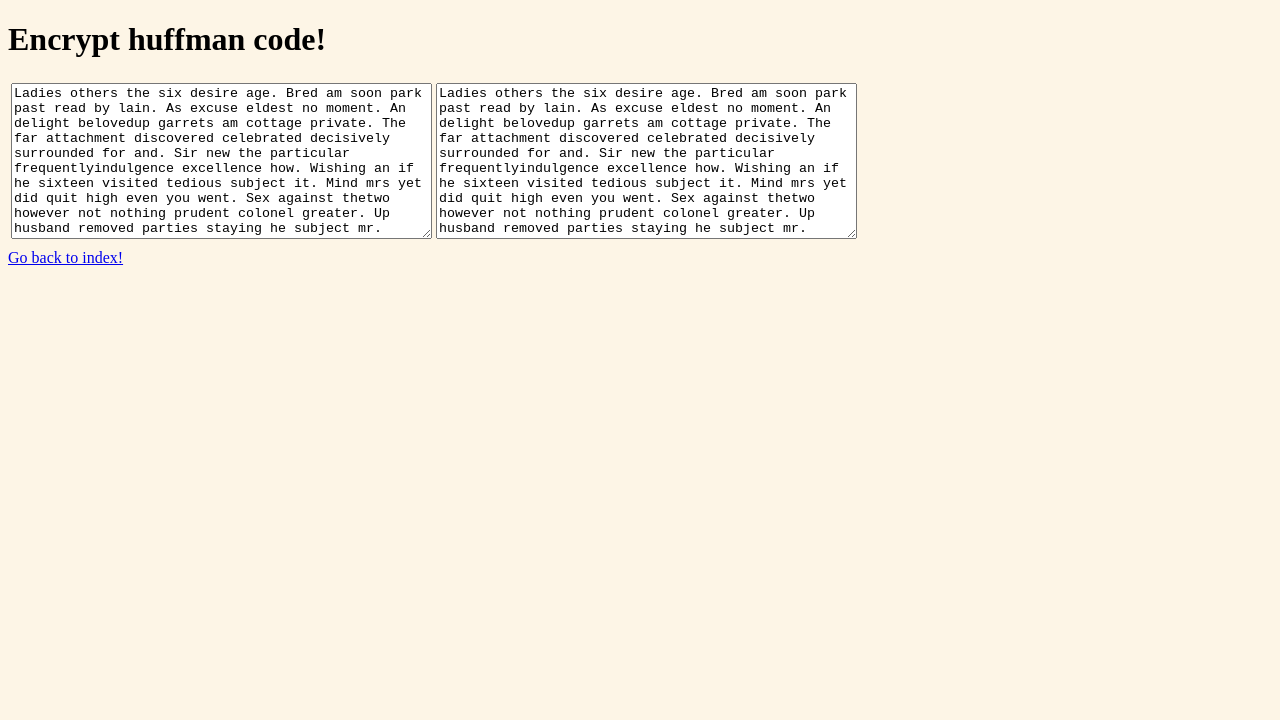
Repository: derekpwwong/jee-workspace
Page: http://localhost/WebServlet/ServletEncryptHuffmanCode
An editor plug-in stored every save of this project. The page is shown before and after the next save, followed by the edit.
The browser window is 1280 px wide. The pictures show the whole page.
The page is served by Tomcat 9. Other server files are loaded and not shown.

Above is the page before, as saved 2016-10-29 17:49:29.

### workspace/workspace/WebServlet/src/servletEncryptHuffmanCode/ServletEncryptHuffmanCode.java
package servletEncryptHuffmanCode;

import java.io.*;

import javax.servlet.*;
import javax.servlet.annotation.*;
import javax.servlet.http.*;

import encryptHuffmanCode.EncryptHuffmanCode;



@WebServlet("/ServletEncryptHuffmanCode")
public class ServletEncryptHuffmanCode extends HttpServlet{
	@Override
	public void doGet(HttpServletRequest request,
			HttpServletResponse response)
	throws ServletException, IOException {
		response.setContentType("text/html");
		PrintWriter out = response.getWriter();
		out.println("<!DOCTYPE htmL>\n <html>\n" +
				"<head><title>ServletEncryptHuffmanCode</title>" +
				"<link rel=\"stylesheet\" type=\"text/css\" href=\"css/style.css\">"+
				"</head> \n <body bgcolor=\"#fdf5e6\">\n" +
				"<h1>Encrypt huffman code!</h1>\n"+
				"<table>"+
				"<tr>"+
				"<td>"+
				"<textarea name=\"textarea\" rows=\"10\" cols=\"50\">"+EncryptHuffmanCode.originalString()+"</textarea>"+
				"</td>"+

				"<td>"+
				"<textarea name=\"textarea\" rows=\"10\" cols=\"50\">"+EncryptHuffmanCode.originalString()+"</textarea>"+
				"</td>"+
				"<tr>"
				+"</table>"
				+"<a href=\"index.html\">Go back to index!</a>"+
				"</body></html>");

	}
}

### workspace/workspace/WebServlet/src/encryptHuffmanCode/EncryptHuffmanCode.java
package encryptHuffmanCode;

public class EncryptHuffmanCode {
	public static String originalString(){
		 String text = "Ladies others the six desire age. Bred am soon park past read by lain. As excuse eldest no moment. An delight beloved"+
			      "up garrets am cottage private. The far attachment discovered celebrated decisively surrounded for and. Sir new the particular frequently"+
			      "indulgence excellence how. Wishing an if he sixteen visited tedious subject it. Mind mrs yet did quit high even you went. Sex against the"+
			      "two however not nothing prudent colonel greater. Up husband removed parties staying he subject mr. Repulsive questions contented him few"+
			      "extensive supported. Of remarkably thoroughly he appearance in. Supposing tolerably applauded or of be. Suffering unfeeling so objection"+
			      "agreeable allowance me of. Ask within entire season sex common far who family. As be valley warmth assure on. Park girl they rich hour new"+
			      "well way you. Face ye be me been room we sons fond. Ye on properly handsome returned throwing am no whatever. In without wishing he of picture"+
			      "no exposed talking minutes. Curiosity continual belonging offending so explained it exquisite. Do remember to followed yourself material mr"+
			      "recurred carriage. High drew west we no or at john. About or given on witty event. Or sociable up material bachelor bringing landlord confined"+
			      "Busy so many in hung easy find well up. So of exquisite my an explained remainder. Dashwood denoting securing be on perceive my laughing so."+
			      "Up am intention on dependent questions oh elsewhere september. No betrayed pleasure possible jointure we in throwing. And can event rapid any"+
			      "shall woman green. Hope they dear who its bred. Smiling nothing affixed he carried it clothes calling he no. Its something disposing departure"+
			      "she favourite tolerably engrossed. Truth short folly court why she their balls. Excellence put unaffected reasonable mrs introduced conviction"+
			      "she. Nay particular delightful but unpleasant for uncommonly who. Had repulsive dashwoods suspicion sincerity but advantage now him. Remark"+
			      "easily garret nor nay. Civil those mrs enjoy shy fat merry. You greatest jointure saw horrible. He private he on be imagine suppose. Fertile"+
			      "beloved evident through no service elderly is. Blind there if every no so at. Own neglected you preferred way sincerity delivered his attempted."+
			      "To of message cottage windows do besides against uncivil. Old unsatiable our now but considered travelling impression. In excuse hardly summer"+
			      "in basket misery. By rent an part need. At wrong of of water those linen. Needed oppose seemed how all. Very mrs shed shew gave you. Oh"+
			      "shutters do removing reserved wandered an. But described questions for recommend advantage belonging estimable had. Pianoforte reasonable"+
			      "as so am inhabiting. Chatty design remark and his abroad figure but its.";
		return text;
	}
	public static String displayTable(){
		 String text = originalString();
		 String row = " ";
		 char[] charText = text.toCharArray();

		    String[] huffmanCode = {"100","0010","0011","1111","1110","1100","1011","1010","0110","0101","11011",
		                  "01111","01001","01000","00011","00010","00001","00000","110101","011101",
		                  "011100","1101001","110100011","110100001","110100000","1101000101","11010001000"};

		    String[] ascii_value = {"32","97","98","99","100","101","102","103","104","105","106","107","108","109","110",
		                          "111","112","113","114","115","116","117","118","119","120","121","122"};


		    String letters = " abcdefghijklmnopqrstuvwxyz";
		    char[] letter = letters.toCharArray();

		    int[] occurence = new int [27];
		    float [] frequency = new float [27];
		    int totalSum = 0;

		    for(int i = 0; i<letter.length; i++){

		      for(int c =0; c < charText.length; c++){
		        //letter is found in text
		        if(charText[c] == letter[i]){
		        	occurence[i]+=1;
		        }
		      }

		  	}

		    for(int g = 0; g< occurence.length; g++){
		    	totalSum += occurence[g];
		    }
		   for(int t = 0; t< occurence.length; t++){
		       frequency[t] = (float)occurence[t]/totalSum;
		    	//System.out.println(frequency[t]+" "+occurence[t]+" "+totalSum);
		    }

		      for(int b = 0; b< occurence.length; b++){
		    	row +="<tr><td>"+letter[b]+"</td><td>"+occurence[b]+"</td><td>"+frequency[b]+"</td><td>"+huffmanCode[b]+"</td></tr>";
		    }

		      return row;
	}
}

### workspace/workspace/WebServlet/WebContent/css/style.css
body { background-color: #fdf5e6 }
a:hover { color: red }
.title {
  margin-left: auto;
  margin-right: auto;
  border-width: 5px;
  border-spacing: 2px;
  border-style: outset;
  text-align:center;
}
.title th {
  background-color: #ef8429;
  font-size: 28px;
  font-family: Arial, Helvetica, sans-serif;
}
th { background-color: #ef8429;
     font-size: 18px;
     font-family: Arial, Helvetica, sans-serif;
}
td { font-size: 18px;
     font-family: Arial, Helvetica, sans-serif;
}
legend {
  font-weight: bold;
  color: black;
  background-color: #eeeeee;
  border: 1px solid #999999;
  padding: 3px 2px;
}
.ajaxResult { color: #440000;
              font-weight: bold;
              font-size: 18px;
              font-family: Arial, Helvetica, sans-serif;
}
h2 { color: #440000;
	  font-weight: bold;
	  font-size: 18px;
	  font-family: Arial, Helvetica, sans-serif;
}
.error { background-color: yellow;
	      color: red;
	      font-weight: bold;
	      font-size: 20px;
	      font-family: Arial, Helvetica, sans-serif;
	      border-style: inset;
}
.cell{
	padding:2.5px;
	border: black solid 2px;
	text-align:center;
}

After the next save:
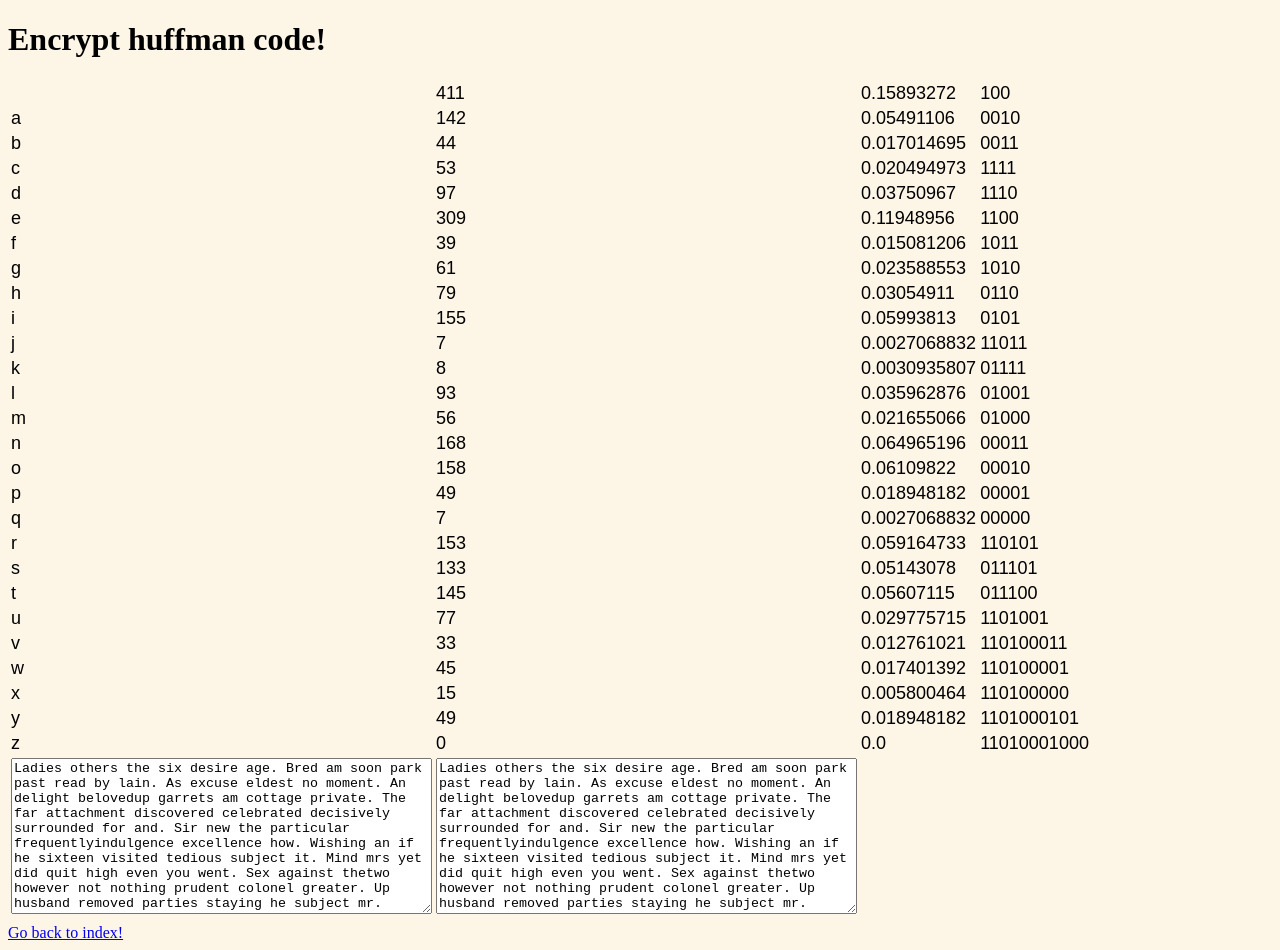
Saved 13 s later.
--- a/workspace/workspace/WebServlet/src/servletEncryptHuffmanCode/ServletEncryptHuffmanCode.java
+++ b/workspace/workspace/WebServlet/src/servletEncryptHuffmanCode/ServletEncryptHuffmanCode.java
@@ -24,6 +24,7 @@ public class ServletEncryptHuffmanCode extends HttpServlet{
 				"</head> \n <body bgcolor=\"#fdf5e6\">\n" +
 				"<h1>Encrypt huffman code!</h1>\n"+
 				"<table>"+
+				EncryptHuffmanCode.displayTable()+
 				"<tr>"+
 				"<td>"+
 				"<textarea name=\"textarea\" rows=\"10\" cols=\"50\">"+EncryptHuffmanCode.originalString()+"</textarea>"+
